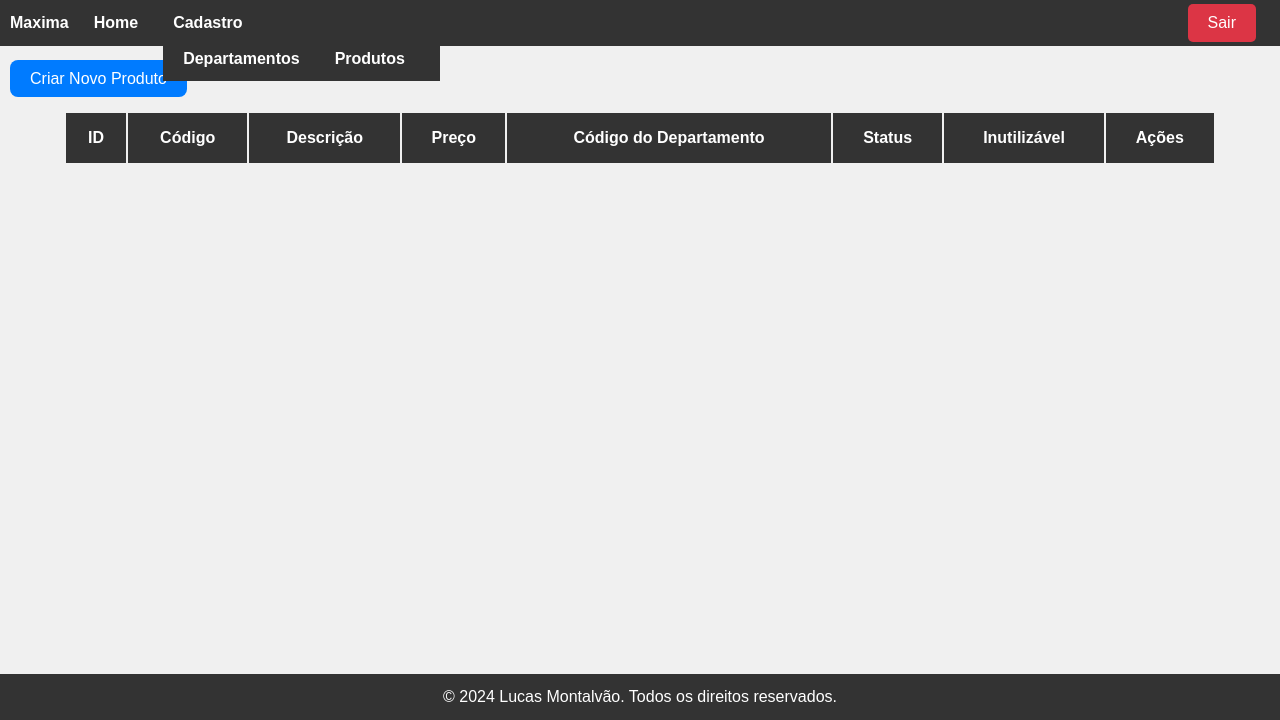
Repository: LucasMontalvao1/ProjetoMaxima
Page: /produto (app in AngularMaxima/)
The author's editor kept a copy of each file at every save. The page is drawn from the files as they stood at one save, then again after the next save.
The browser window is 1280 px wide. The pictures show the whole page.
The page's requests for data from a server got no answer. The project was rebuilt for these pictures with package versions that can differ from the ones it lists, and the page was loaded fresh each time. No one was signed in, and anything a server would have sent is missing. Also part of the build but not shown: AngularMaxima/angular.json, AngularMaxima/src/app/pages/login/login.component.ts, AngularMaxima/src/app/pages/home/home.component.ts.

Above is the page before, as saved 2024-07-14 20:23:03.

### AngularMaxima/src/index.html
<!doctype html>
<html lang="en">
<head>
  <meta charset="utf-8">
  <title>AngularMaxima</title>
  <base href="/">
  <meta name="viewport" content="width=device-width, initial-scale=1">
  <link rel="icon" type="image/x-icon" href="favicon.ico">
</head>
<body>
  <app-root></app-root>
</body>
</html>

### AngularMaxima/src/styles.css
* {
  margin: 0;
  padding: 0;
  box-sizing: border-box;
}

body {
  font-family: Arial, sans-serif;
  background-color: #f0f0f0;
  font-size: 16px;
  line-height: 1.6;
}

.container {
  display: flex;
  flex-direction: column;
  justify-content: space-between;
  min-height: 100vh;
}

### AngularMaxima/src/app/app.module.ts
import { NgModule } from '@angular/core';
import { BrowserModule } from '@angular/platform-browser';

import { AppRoutingModule } from './app-routing.module';
import { AppComponent } from './app.component';
import { LoginComponent } from './pages/login/login.component';
import { ReactiveFormsModule } from '@angular/forms';
import { HttpClientModule } from '@angular/common/http';
import { AuthService } from './services/auth.service';
import { HomeComponent } from './pages/home/home.component';
import { MenuComponent } from './layout/menu/menu.component';
import { FooterComponent } from './layout/footer/footer.component';
import { ProdutosComponent } from './pages/produto/produto.component';

@NgModule({
  declarations: [
    AppComponent,
    LoginComponent,
    HomeComponent,
    MenuComponent,
    FooterComponent,
    ProdutosComponent,

  ],
  imports: [
    BrowserModule,
    AppRoutingModule,
    ReactiveFormsModule,
    HttpClientModule
  ],
  providers: [AuthService],
  bootstrap: [AppComponent]
})
export class AppModule { }

### AngularMaxima/src/app/app-routing.module.ts
import { NgModule } from '@angular/core';
import { RouterModule, Routes } from '@angular/router';
import { LoginComponent } from './pages/login/login.component';
import { HomeComponent } from './pages/home/home.component';
import { ProdutosComponent } from './pages/produto/produto.component';

const routes: Routes = [
  { path: '', redirectTo: '/login', pathMatch: 'full'},
  { path: 'login', component: LoginComponent},
  { path: 'home', component: HomeComponent},
  { path: 'produto', component: ProdutosComponent},
  { path: 'home', component: HomeComponent},
];

@NgModule({
  imports: [RouterModule.forRoot(routes)],
  exports: [RouterModule]
})
export class AppRoutingModule { }

### AngularMaxima/src/app/app.component.ts
import { Component } from '@angular/core';

@Component({
  selector: 'app-root',
  templateUrl: './app.component.html',
  styleUrls: ['./app.component.css']
})
export class AppComponent {
  title = 'AngularMaxima';
}

### AngularMaxima/src/app/services/auth.service.ts
import { Injectable } from '@angular/core';
import { HttpClient } from '@angular/common/http';
import { Observable } from 'rxjs';
import { environment } from '../../../src/environments/environment';
import { Router } from '@angular/router';

@Injectable({
  providedIn: 'root'
})
export class AuthService {

  private apiUrl = environment.apiUrl;

  constructor(private http: HttpClient, private router: Router) { }

  login(username: string, password: string): Observable<any> {
    const body = { username, password };
    return this.http.post<any>(`${this.apiUrl}/login`, body, { responseType: 'text' as 'json' });
  }

    logout() {
    this.router.navigate(['/login']);
    }
}

### AngularMaxima/src/app/layout/menu/menu.component.ts
import { Component } from '@angular/core';
import { AuthService } from '../../services/auth.service';

@Component({
  selector: 'app-menu',
  templateUrl: './menu.component.html',
  styleUrls: ['./menu.component.css']
})
export class MenuComponent {

  constructor(private authService: AuthService) {}

  logout() {
    this.authService.logout();
  }
}

### AngularMaxima/src/app/pages/produto/produto.component.ts
// produtos.component.ts

import { Component, OnInit } from '@angular/core';
import { Produto } from '../../models/produto.model';
import { ProdutoService } from '../../services/produto.service';

@Component({
  selector: 'app-produtos',
  templateUrl: './produto.component.html',
  styleUrls: ['./produto.component.css']
})
export class ProdutosComponent implements OnInit {
  produtos: Produto[] = []; // Inicializando a propriedade produtos como um array vazio

  constructor(private produtoService: ProdutoService) { }

  ngOnInit(): void {
    this.CarregarProdutos();
  }

  CarregarProdutos(): void {
    this.produtoService.getAllProdutos().subscribe(
      (data: Produto[]) => {
        this.produtos = data;
      },
      (error) => {
        console.error('Erro ao carregar produtos:', error);
      }
    );
  }

  buscarProdutoPorId(id: number): void {
    this.produtoService.getProdutoById(id).subscribe(
      (produto: Produto) => {
        console.log('Produto encontrado:', produto);
        // Aqui você pode implementar lógica para lidar com o produto encontrado
      },
      (error) => {
        console.error('Erro ao buscar produto por ID:', error);
      }
    );
  }


  criarProduto(): void {
    const novoProduto: Produto = {
      codigo: 'NovoCodigo',
      descricao: 'Nova Descrição',
      preco: 0,
      departamentoCodigo: '001',
      status: 0,
      inutilizavel: 0
    };

    this.produtoService.createProduto(novoProduto).subscribe(
      (response: Produto) => {
        console.log('Produto criado com sucesso:', response);
        this.CarregarProdutos(); // Recarrega a lista de produtos após criar um novo
      },
      (error) => {
        console.error('Erro ao criar produto:', error);
      }
    );
  }

  editarProduto(id: number): void {
    // Implemente conforme necessário, utilizando o serviço ProdutoService
    // Exemplo de uso: this.produtoService.updateProduto(id, produto).subscribe(...)
  }

  detalhesProduto(id: number): void {
    // Implemente conforme necessário, utilizando o serviço ProdutoService
    // Exemplo de uso: this.produtoService.getProdutoById(id).subscribe(...)
  }

  excluirProduto(id: number): void {
    if (confirm('Tem certeza que deseja apagar este produto?')) {
      this.produtoService.deleteProduto(id).subscribe(
        () => {
          console.log('Produto excluído com sucesso.');
          this.CarregarProdutos(); // Recarrega a lista de produtos após excluir um produto
        },
        (error) => {
          console.error('Erro ao apagar produto:', error);
        }
      );
    }
  }
}

### AngularMaxima/src/environments/environment.ts
export const environment = {
  production: false,
  apiUrl: 'https://localhost:7041'
};

### AngularMaxima/src/app/layout/menu/menu.component.html
<div class="menu-container">
  <nav class="menu">
    <ul>
      <li>Maxima</li>
      <li><a routerLink="/home">Home</a></li>
      <li class="cadastro">
        <a href="#">Cadastro</a>
        <ul class="submenu">
          <li><a routerLink="/departamento">Departamentos</a></li>
          <li><a routerLink="/produto">Produtos</a></li>
        </ul>
      </li>
    </ul>
  </nav>

  <div class="user-actions">
    <button class="logout-button" (click)="logout()">Sair</button>
  </div>
</div>

### AngularMaxima/src/app/layout/menu/menu.component.css
.menu {
  background-color: #333;
  color: white;
  padding: 10px;
  display: flex;
  justify-content: space-between;
  align-items: center;
  position: relative;
  width: 100%;
}

.menu ul {
  list-style-type: none;
  display: flex;
}

.menu ul li {
  margin-right: 15px;
  position: relative;
  font-weight: bold;
}

.menu ul li a {
  color: white;
  text-decoration: none;
  font-weight: bold;
  padding: 10px;
  position: relative;
}

.menu ul li a:hover {
  text-decoration: underline;
}

.submenu {
  display: none;
  position: absolute;
  background-color: #333;
  padding: 10px;
  top: 100%; /* Posiciona o submenu abaixo do item de menu */
  left: 0;
  z-index: 1; /* Garante que o submenu apareça sobre outros elementos */
}

.menu ul li.cadastro:hover .submenu {
  display: block;
}

.user-actions {
  margin-left: auto;
}

.logout-button {
  background-color: #dc3545;
  color: white;
  border: none;
  padding: 10px 20px;
  border-radius: 5px;
  cursor: pointer;
  font-size: 1rem;
  margin: 4px;
}

.logout-button:hover {
  background-color: #c82333;
}

.header {
  position: fixed;
  top: 0;
  left: 0;
  width: 100%;
  background-color: #333;
  color: white;
  padding: 10px 20px;
  display: flex;
  justify-content: space-between;
  align-items: center;
}

.menu-container {
  display: flex;
  align-items: center;
}

.user-actions {
  position: absolute;
  top: 0;
  right: 20px;
}

### AngularMaxima/src/app/layout/footer/footer.component.html
<footer class="footer">
  <p>&copy; 2024 Lucas Montalvão. Todos os direitos reservados.</p>
</footer>

### AngularMaxima/src/app/layout/footer/footer.component.css
.footer {
  background-color: #333;
  color: white;
  text-align: center;
  padding: 10px 0;
  width: 100%;
  position: fixed;
  bottom: 0;
  left: 0;
  z-index: 1000;
}

### AngularMaxima/src/app/pages/produto/produto.component.html
<app-menu></app-menu>

<div class="btn-create-espaco">
    <p>
        <a routerLink="/produtos/create" class="btn btn-criar">Criar Novo Produto</a>
    </p>

<table class="table table-striped table-hover">
    <thead>
        <tr>
            <th>ID</th>
            <th>Código</th>
            <th>Descrição</th>
            <th>Preço</th>
            <th>Código do Departamento</th>
            <th>Status</th>
            <th>Inutilizável</th>
            <th>Ações</th>
        </tr>
    </thead>
    <tbody>
        <tr *ngFor="let produto of produtos">
            <td>{{ produto.id }}</td>
            <td>{{ produto.codigo }}</td>
            <td>{{ produto.descricao }}</td>
            <td>{{ produto.preco | currency }}</td>
            <td>{{ produto.departamentoCodigo }}</td>
            <td>{{ produto.status }}</td>
            <td>{{ produto.inutilizavel }}</td>
            <td>
                <a routerLink="/produto/edit/{{ produto.id }}" class="btn btn-primary">Editar</a>
                <a routerLink="/produto/details/{{ produto.id }}" class="btn btn-primary">Detalhes</a>
                <button (click)="(produto.id)" class="btn btn-danger">Apagar</button>
            </td>
        </tr>
    </tbody>
</table>
</div>
<app-footer></app-footer>

### AngularMaxima/src/app/pages/produto/produto.component.css
.table {
  width: 90%;
  margin: 20px auto;
}

.table th, .table td {
  text-align: center;
  padding: 12px;
}

.table th {
  background-color: #333;
  color: white;
  font-size: 16px;
  font-weight: bold;
}

.table td {
  background-color: #f8f9fa;
}

.table .btn {
  border-radius: 8px; /* Borda arredondada */
  margin-right: 15px;
  padding: 10px 16px; /* Aumenta o padding para deixar os botões maiores */
  cursor: pointer; /* Define o cursor como ponteiro para indicar que é clicável */
}

.table .btn-primary {
  background-color: #007BFF; /* Cor azul para os botões "Editar" e "Detalhes" */
  color: white;
}

.table .btn-primary:hover {
  background-color: #0056b3; /* Cor mais escura ao passar o mouse */
}

.table .btn-danger {
  background-color: #dc3545; /* Cor vermelha para o botão "Apagar" */
  color: white;
}

.table .btn-danger:hover {
  background-color: #c82333; /* Cor mais escura ao passar o mouse */
}

.btn-criar {
  background-color: #007BFF; /* Cor azul para o botão "Criar Novo Produto" */
  color: white;
  border: none;
  padding: 10px 20px;
  border-radius: 8px;
  cursor: pointer;
  text-decoration: none; /* Remove sublinhado padrão para links */
  margin: 10px; /* Espaçamento ao redor do botão */
}

.btn-criar:hover {
  background-color: #0056b3; /* Cor mais escura ao passar o mouse */
}

.btn-create-espaco {
  margin-top: 20px;
}

### AngularMaxima/src/app/services/produto.service.ts
import { Injectable } from '@angular/core';
import { HttpClient } from '@angular/common/http';
import { Observable } from 'rxjs';
import { environment } from '../../../src/environments/environment';
import { Router } from '@angular/router';
import { Produto } from '../models/produto.model';

@Injectable({
  providedIn: 'root'
})
export class ProdutoService {

  private apiUrl = environment.apiUrl;

  constructor(private http: HttpClient, private router: Router) { }

  getAllProdutos(): Observable<Produto[]> {
    return this.http.get<Produto[]>(`${this.apiUrl}/produto`);
  }

  getProdutoById(id: number): Observable<Produto> {
    return this.http.get<Produto>(`${this.apiUrl}/produtos/${id}`);
  }

  createProduto(produto: Produto): Observable<Produto> {
    return this.http.post<Produto>(`${this.apiUrl}/produtos`, produto);
  }

  updateProduto(id: number, produto: Produto): Observable<Produto> {
    return this.http.put<Produto>(`${this.apiUrl}/produtos/${id}`, produto);
  }

  deleteProduto(id: number): Observable<any> {
    return this.http.delete<any>(`${this.apiUrl}/produtos/${id}`);
  }
}

Loaded but not shown: AngularMaxima/src/main.ts (common file); AngularMaxima/src/app/layout/footer/footer.component.ts (common file); AngularMaxima/src/app/app.component.html (common file); AngularMaxima/src/app/app.component.css (no stored copy; drawn as an empty file)

After the next save:
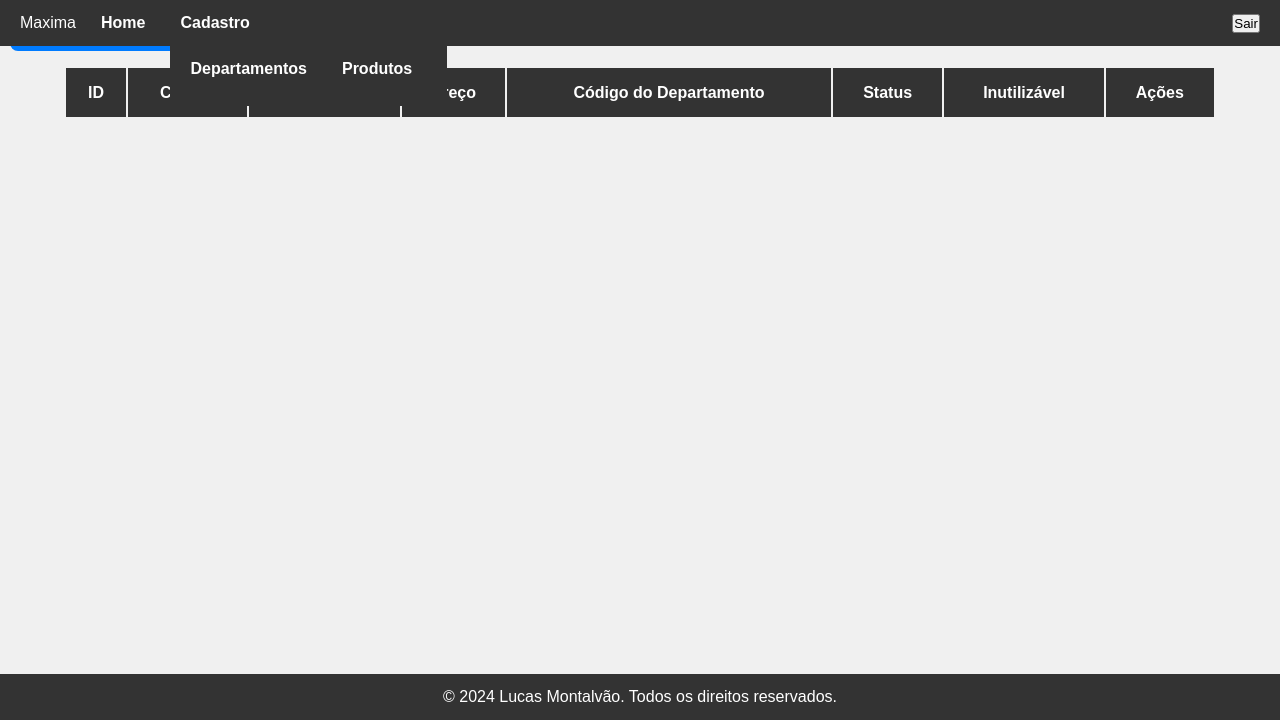
Saved 5 s later.
--- a/AngularMaxima/src/app/layout/menu/menu.component.css
+++ b/AngularMaxima/src/app/layout/menu/menu.component.css
@@ -1,12 +1,19 @@
-.menu {
+.menu-container {
+  display: flex;
+  align-items: center;
+  justify-content: space-between;
   background-color: #333;
   color: white;
-  padding: 10px;
+  padding: 10px 20px;
+  position: fixed;
+  top: 0;
+  left: 0;
+  width: 100%;
+}
+
+.menu {
   display: flex;
-  justify-content: space-between;
   align-items: center;
-  position: relative;
-  width: 100%;
 }
 
 .menu ul {
@@ -17,7 +24,6 @@
 .menu ul li {
   margin-right: 15px;
   position: relative;
-  font-weight: bold;
 }
 
 .menu ul li a {
@@ -25,7 +31,6 @@
   text-decoration: none;
   font-weight: bold;
   padding: 10px;
-  position: relative;
 }
 
 .menu ul li a:hover {
@@ -46,45 +51,17 @@
   display: block;
 }
 
-.user-actions {
-  margin-left: auto;
+.submenu li {
+  margin-bottom: 5px; /* Espaçamento entre os itens do submenu */
 }
 
-.logout-button {
-  background-color: #dc3545;
+.submenu a {
+  display: block;
+  padding: 8px 12px;
+  text-decoration: none;
   color: white;
-  border: none;
-  padding: 10px 20px;
-  border-radius: 5px;
-  cursor: pointer;
-  font-size: 1rem;
-  margin: 4px;
 }
 
-.logout-button:hover {
-  background-color: #c82333;
+.submenu a:hover {
+  background-color: #555;
 }
-
-.header {
-  position: fixed;
-  top: 0;
-  left: 0;
-  width: 100%;
-  background-color: #333;
-  color: white;
-  padding: 10px 20px;
-  display: flex;
-  justify-content: space-between;
-  align-items: center;
-}
-
-.menu-container {
-  display: flex;
-  align-items: center;
-}
-
-.user-actions {
-  position: absolute;
-  top: 0;
-  right: 20px;
-}

After the save that followed:
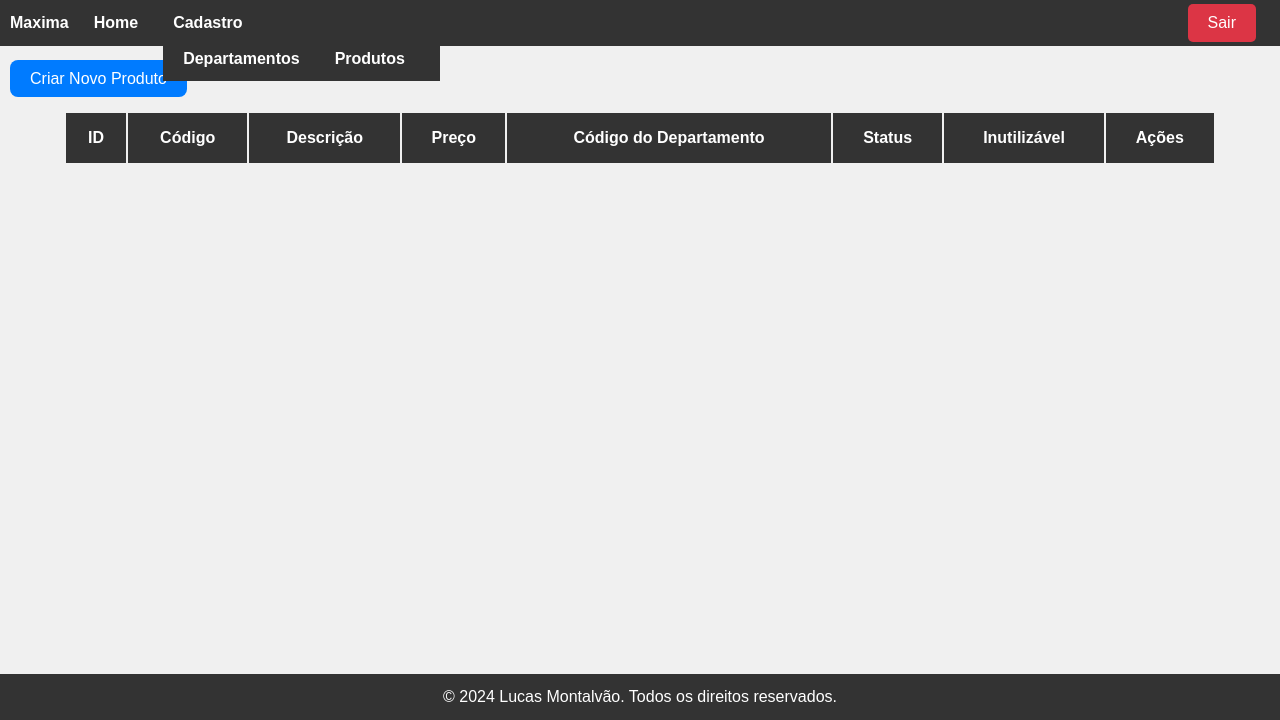
Saved 4 s later.
--- a/AngularMaxima/src/app/layout/menu/menu.component.css
+++ b/AngularMaxima/src/app/layout/menu/menu.component.css
@@ -1,19 +1,12 @@
-.menu-container {
-  display: flex;
-  align-items: center;
-  justify-content: space-between;
+.menu {
   background-color: #333;
   color: white;
-  padding: 10px 20px;
-  position: fixed;
-  top: 0;
-  left: 0;
+  padding: 10px;
+  display: flex;
+  justify-content: space-between;
+  align-items: center;
+  position: relative;
   width: 100%;
-}
-
-.menu {
-  display: flex;
-  align-items: center;
 }
 
 .menu ul {
@@ -24,6 +17,7 @@
 .menu ul li {
   margin-right: 15px;
   position: relative;
+  font-weight: bold;
 }
 
 .menu ul li a {
@@ -31,6 +25,7 @@
   text-decoration: none;
   font-weight: bold;
   padding: 10px;
+  position: relative;
 }
 
 .menu ul li a:hover {
@@ -51,17 +46,45 @@
   display: block;
 }
 
-.submenu li {
-  margin-bottom: 5px; /* Espaçamento entre os itens do submenu */
+.user-actions {
+  margin-left: auto;
 }
 
-.submenu a {
-  display: block;
-  padding: 8px 12px;
-  text-decoration: none;
+.logout-button {
+  background-color: #dc3545;
   color: white;
+  border: none;
+  padding: 10px 20px;
+  border-radius: 5px;
+  cursor: pointer;
+  font-size: 1rem;
+  margin: 4px;
 }
 
-.submenu a:hover {
-  background-color: #555;
+.logout-button:hover {
+  background-color: #c82333;
 }
+
+.header {
+  position: fixed;
+  top: 0;
+  left: 0;
+  width: 100%;
+  background-color: #333;
+  color: white;
+  padding: 10px 20px;
+  display: flex;
+  justify-content: space-between;
+  align-items: center;
+}
+
+.menu-container {
+  display: flex;
+  align-items: center;
+}
+
+.user-actions {
+  position: absolute;
+  top: 0;
+  right: 20px;
+}
